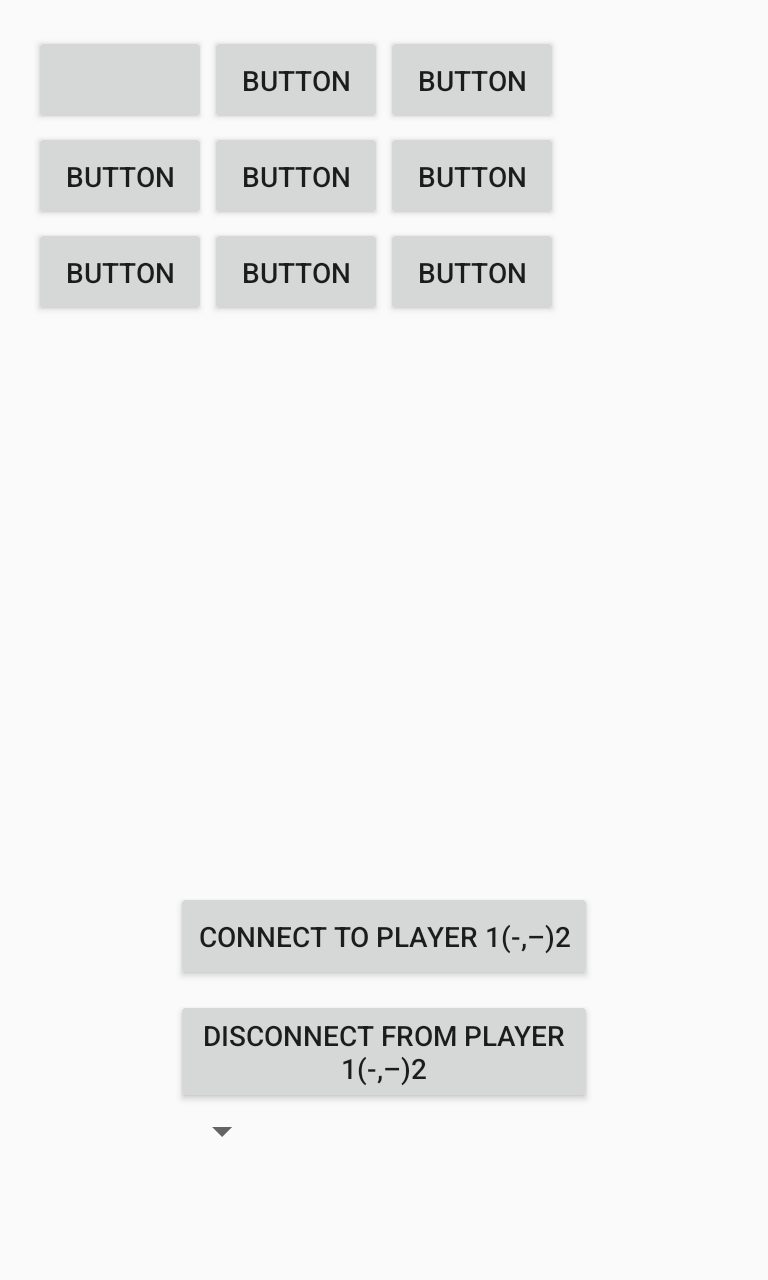
Repository: BananaGames/telecommProject
Layout: client/TelecommClient/res/layout/activity_main.xml
The author's editor kept a copy of each file at every save. The layout is drawn from the files as they stood at one save, then again after the next save.
It is drawn on a 768 x 1280 px phone screen (xhdpi) without system bars, with theme AppTheme; the app's code is not run.

Above is the layout before, as saved 2014-11-17 23:47:27.

After the next save:
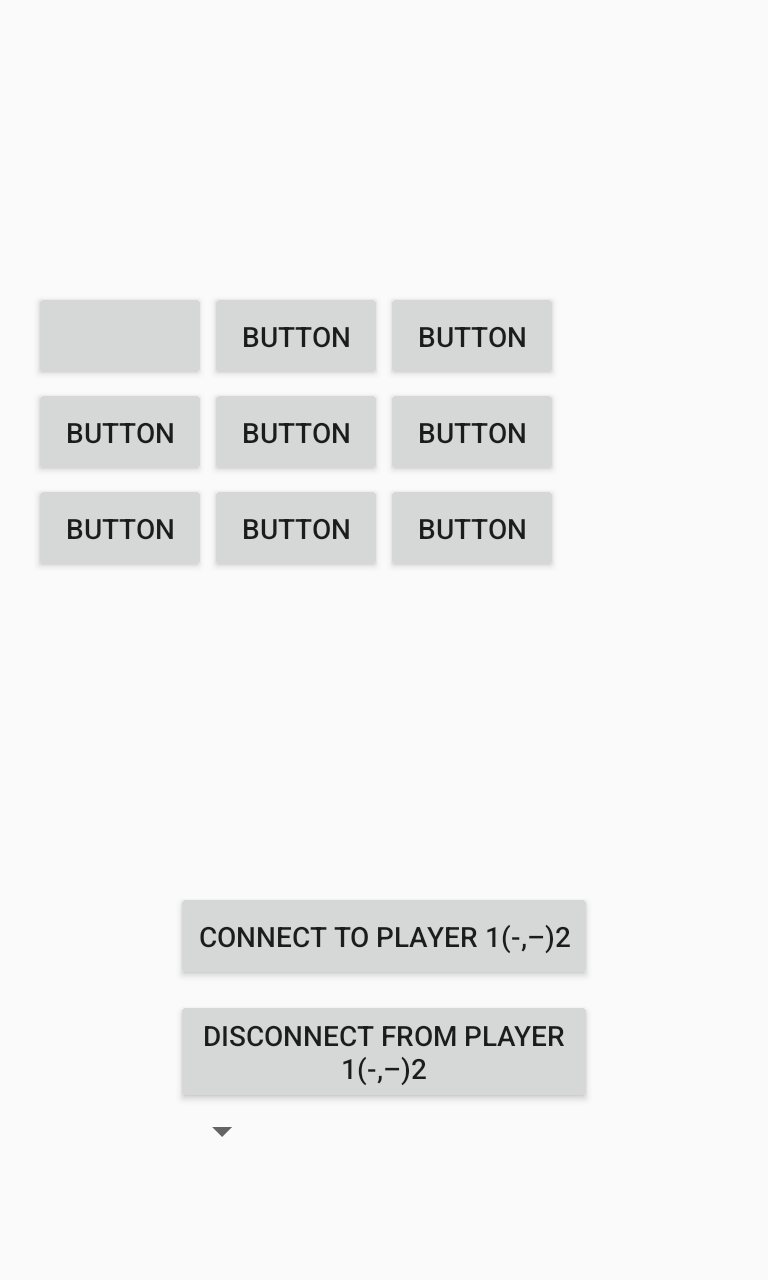
Saved 15 s later.
--- a/client/TelecommClient/res/layout/activity_main.xml
+++ b/client/TelecommClient/res/layout/activity_main.xml
@@ -37,7 +37,7 @@
     <TableLayout
         android:layout_width="wrap_content"
         android:layout_height="wrap_content"
-        android:layout_above="@+id/button1"
+        android:layout_above="@+id/buttonConnect"
         android:layout_alignParentLeft="true"
         android:layout_marginBottom="156dp" >
 
